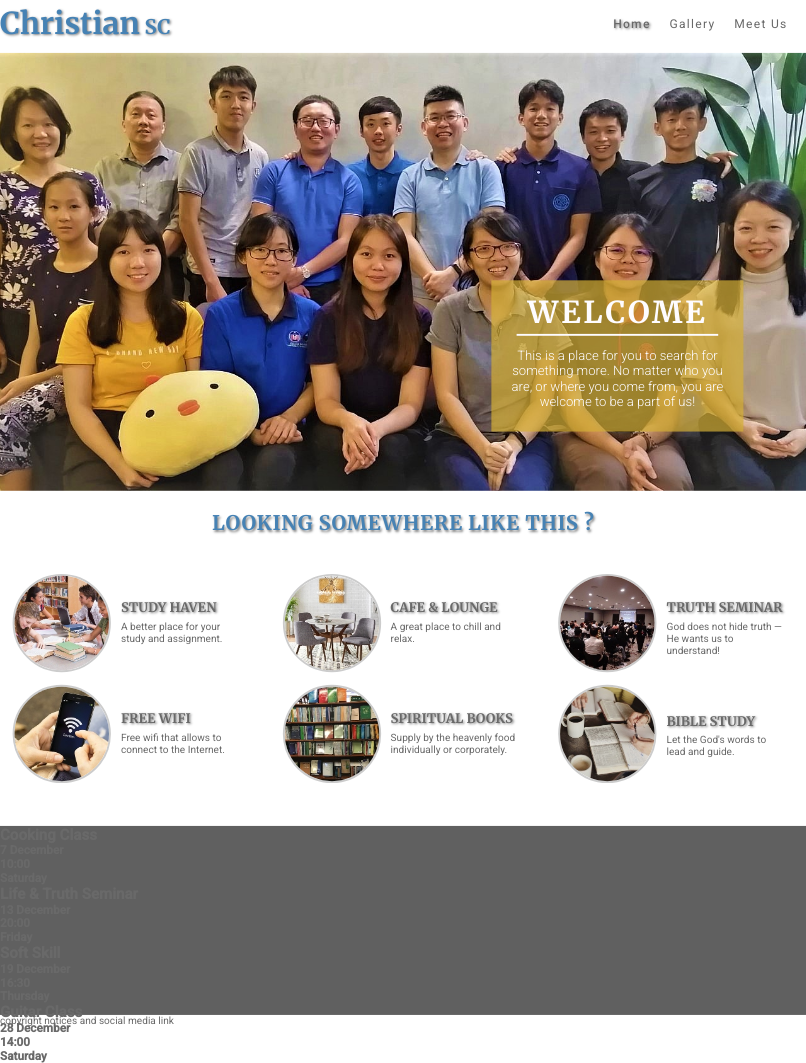
Repository: kongteckmee/christian-sc
Page: index.html
The author's editor kept a record of every edit. The page is drawn from the files as they stood at one moment, then again after the next edit.
The browser window is 1280 px wide. The pictures show the whole page, at 63% of full size.

Above is the page before.

### index.html
<!DOCTYPE html>
<html lang="en">
<head>
    <meta charset="UTF-8">
    <meta name="viewport" content="width=device-width, initial-scale=1.0">
    <meta http-equiv="X-UA-Compatible" content="ie=edge">
    <link rel="stylesheet" href="assets/css/style.css" type="text/css" />
    <title>Christian Student Center</title>
</head>
<body>
    <header>
        <a id="logo" href="index.html">
            <h2><span style="font-size: 150%">Christian</span> SC</h2>
        </a>
        <nav>
            <ul id="scmenu">
                <li>
                    <a href="#">Meet Us</a>
                </li>
                <li>
                    <a href="#">Gallery</a>
                </li>
                <li>
                    <a class="scactive" href="index.html">Home</a>
                </li>
            </ul>
        </nav>
    </header>
    <section id="scmeetingrange">
        <div id="scmeeting"></div>
        <div id="welcome-text">
            <h1>Welcome</h1>
            <hr>
            <h3>This is a place for you to search for something more. No matter who you are, or where you come from, you are welcome to be a part of us!</h2>
        </div>
    </section>
    <section id="about">
        <h1>Looking Somewhere Like This ?</h1>
        <div id="left">
            <div class="left-right-side">
                <h2>Study Haven</h2>
                <br>
                <p>A better place for your study and assignment.</p>
            </div>
            <div id="container">
                <div id="contain-study"></div>
            </div>
            <div class="left-right-side">
                <h2>Free Wifi</h2>
                <br>
                <p>Free wifi that allows to connect to the Internet.</p>
            </div>
            <div id="container">
                <div id="contain-wifi"></div>
            </div>
        </div>
        <div id="right">
            <div class="left-right-side">
                <h2>Truth Seminar</h2>
                <br>
                <p>God does not hide truth — He wants us to understand!</p>
            </div>
            <div id="container">
                <div id="contain-seminar"></div>
            </div>
            <div class="left-right-side">
                <h2>Bible Study</h2>
                <br>
                <p>Let the God's words to lead and guide.</p>
            </div>
            <div id="container">
                <div id="contain-bible"></div>
            </div>
        </div>
        <div id="center">
            <div class="middle">
                <h2>Cafe & Lounge</h2>
                <br>
                <p>A great place to chill and relax.</p>
            </div>
            <div id="container">
                <div id="contain-cafe"></div>
            </div>
            <div class="middle">
                <h2>Spiritual Books</h2>
                <br>
                <p>Supply by the heavenly food individually or corporately.</p>
            </div>
            <div id="container">
                <div id="contain-books"></div>
            </div>
        </div>
    </section>
    <section id="event">
        <div>
            <h2>Cooking Class</h2>
            <h3>7 December</h3>
            <h3>10:00</h3>
            <h3>Saturday</h3>
        </div>
        <div>
            <h2>Life & Truth Seminar</h2>
            <h3>13 December</h3>
            <h3>20:00</h3>
            <h3>Friday</h3>
        </div>
        <div>
            <h2>Soft Skill</h2>
            <h3>19 December</h3>
            <h3>16:30</h3>
            <h3>Thursday</h3>
        </div>
        <div>
            <h2>Guitar Class</h2>
            <h3>28 December</h3>
            <h3>14:00</h3>
            <h3>Saturday</h3>
        </div>
    </section>
    <footer>
        copyright notices and social media link
    </footer>
</body>
</html>

### assets/css/style.css
@import url('https://fonts.googleapis.com/css?family=Merriweather:500,600,700|Roboto:300,400,500');

* {
    margin: 0;
    padding: 0;
    border: 0;
}

body {
    font-family: 'Roboto', sans-serif;
    color: #696969; /*Grey color */
}

/* ------------------------------------------------------ Header */

#logo {
    float: left;
    text-decoration: none;
}

#logo h2 {
    font-family: 'Merriweather', serif;
    font-size: 200%;
    color: #4682b4; /* Steel Blue color */
    text-shadow: 2px 2px 4px #808080;
}

#scmenu {
    font-size: 120%;
    list-style-type: none;
    letter-spacing: 2px;
}

#logo, #scmenu {
    line-height: 75px;
}

#scmenu li {
    float: right;
    margin-right: 30px;
}

#scmenu a {
    text-decoration: none;
    color: inherit;
}

#scmenu a:hover {
    color: #4682b4; /* Steel Blue color */
    font-weight: 500;
    text-shadow: 2px 2px 4px #808080;
}

.scactive {
    font-weight: 500;
    text-shadow: 2px 2px 4px #808080;
}

/* ------------------------------------------------------ Section: Welcome */

#scmeeting {
    height: 700px;
    width: 100%;
    background: url("../img/meeting-t.jpg") no-repeat center center;
}

#scmeetingrange {
    height: 700px;
    width: 100%;
    overflow: hidden;
}

#welcome-text {
    width: 400px;
    height: 220px;
    color: #fefcff; /* Milky white */
    background-color: rgba(212,175,55,.7);
    padding-top:20px;
    bottom: 35px; /* Fixed the welcome text box-bottom */
    right: 100px; /* Fixed the welcome text box-right */
    position: absolute;
}

#welcome-text h1 {
    margin-bottom: 5px;
    font-size: 300%;
    font-family: 'Merriweather', serif;
    text-transform: uppercase;
    text-align: center;
    letter-spacing: 4px;
}

hr {
    width: 80%;
    height: 3px;
    margin-left: auto;
    margin-right: auto;
    background-color:#fefcff; /* Milky white */
}

#welcome-text h3 {
    margin: 20px;
    font-size: 130%;
    font-weight: 300;
    text-align: center;
}

/* ------------------------------------------------------ Section: About */

#about {
    height: 500px;
}

#about h1 {
    margin-top: 30px;
    margin-bottom: 30px;
    font-family: 'Merriweather', serif;
    color: #4682b4; /* Steel Blue color */
    text-transform: uppercase;
    text-align: center;
    text-shadow: 2px 2px 4px #808080;
    font-size: 200%;
    letter-spacing: 1px;
}

#about h2 {
    font-family: 'Merriweather', serif;
    font-size: 130%;
    text-transform: uppercase;
    text-shadow: 2px 2px 4px #808080;
}

#left {
    margin-right: 30px;
    padding-top: 30px;
    width: 30%;
    float: left;
}

#right {
    margin-right: 30px;
    padding-top: 30px;
    width: 30%;
    float: right;
}

#center {
    padding-top: 30px;
    width: 33%;
    margin: 0 auto; /* center the div */
}

br {
    display: block;
    content: "";
    margin: 2em;
    font-size: 24%; /* spacing */
}

.left-right-side {
    width: 50%;
    float: right;
    padding-top: 40px;
    clear: both;
    margin-left: 20px;
    margin-bottom: 50px;
}

.middle {
    width: 50%;
    float: right;
    padding-top: 40px;
    margin-right: 20px;
}

#container {
    width: 150px;
    height: 150px;
    border: 3px solid #cccccc;
    border-radius: 50%;
    margin-left: 20px;
    margin-bottom: 20px;
}

#contain-study {
    background: url("../img/study-group.jpg") no-repeat center center;
    height: 100%;
    border-radius: 50%;
}

#contain-wifi {
    background: url("../img/free-wifi.jpg") no-repeat center center;
    height: 100%;
    border-radius: 50%;
}

#contain-seminar {
    background: url("../img/truth-seminar.jpg") no-repeat center center;
    height: 100%;
    border-radius: 50%;
}

#contain-bible {
    background: url("../img/bible-study.jpg") no-repeat center center;
    height: 100%;
    border-radius: 50%;
}

#contain-cafe {
    background: url("../img/cafe.jpg") no-repeat center center;
    height: 100%;
    border-radius: 50%;
}

#contain-books {
    background: url("../img/spiritual-book.jpg") no-repeat center center;
    height: 100%;
    border-radius: 50%;
}

/* ------------------------------------------------------ Section: Event */

#event {
    height: 300px;
    background-color: #606060;
}

/* ------------------------------------------------------ Footer */

After the next edit:
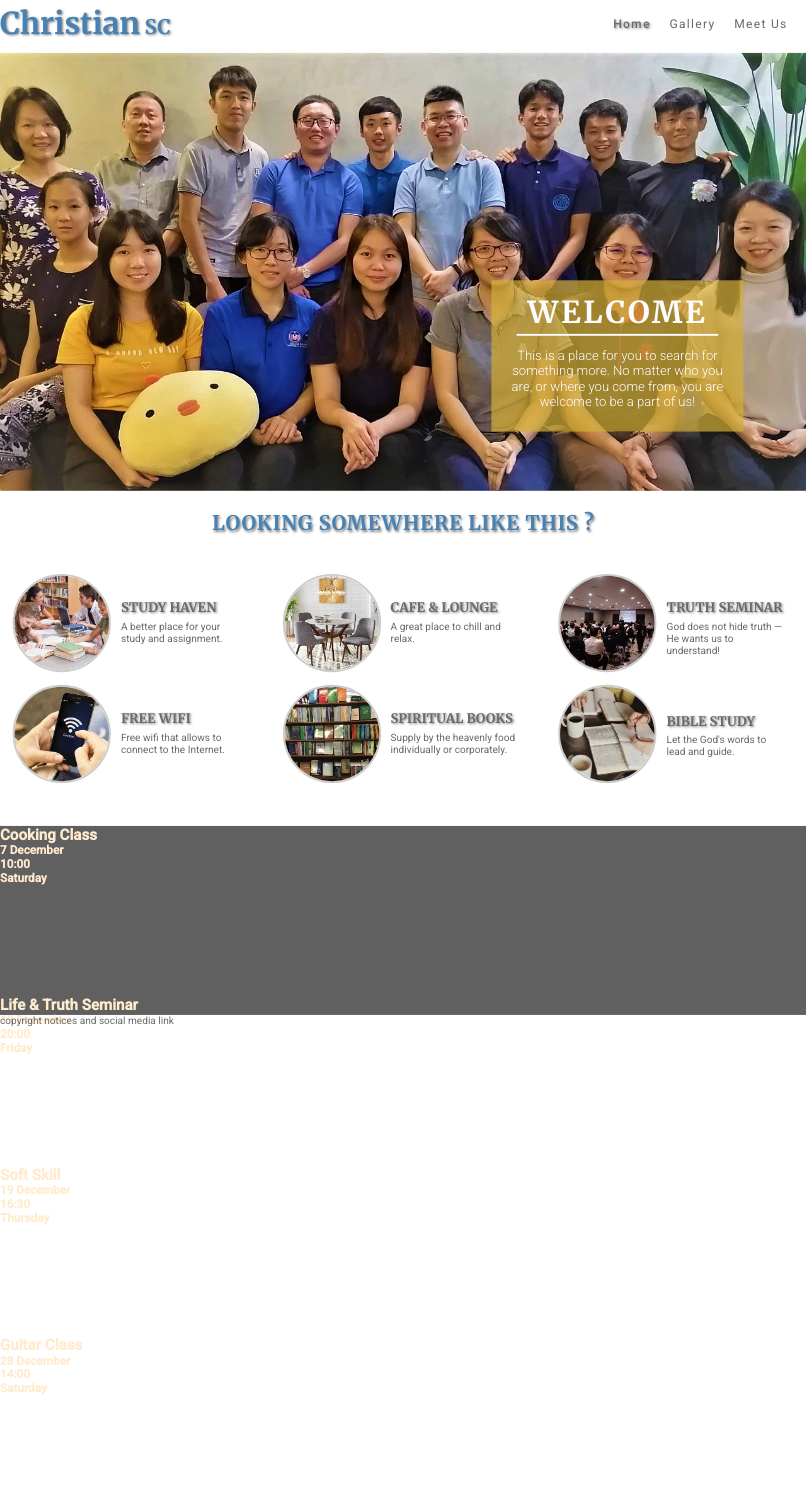
The edit:
--- a/assets/css/style.css
+++ b/assets/css/style.css
@@ -225,4 +225,11 @@
     background-color: #606060;
 }
 
+#event div {
+    color: #ffebcd;
+    background-color: rgba (0,0,0,.7);
+    width: 25%;
+    height: 90%;
+}
+
 /* ------------------------------------------------------ Footer */
